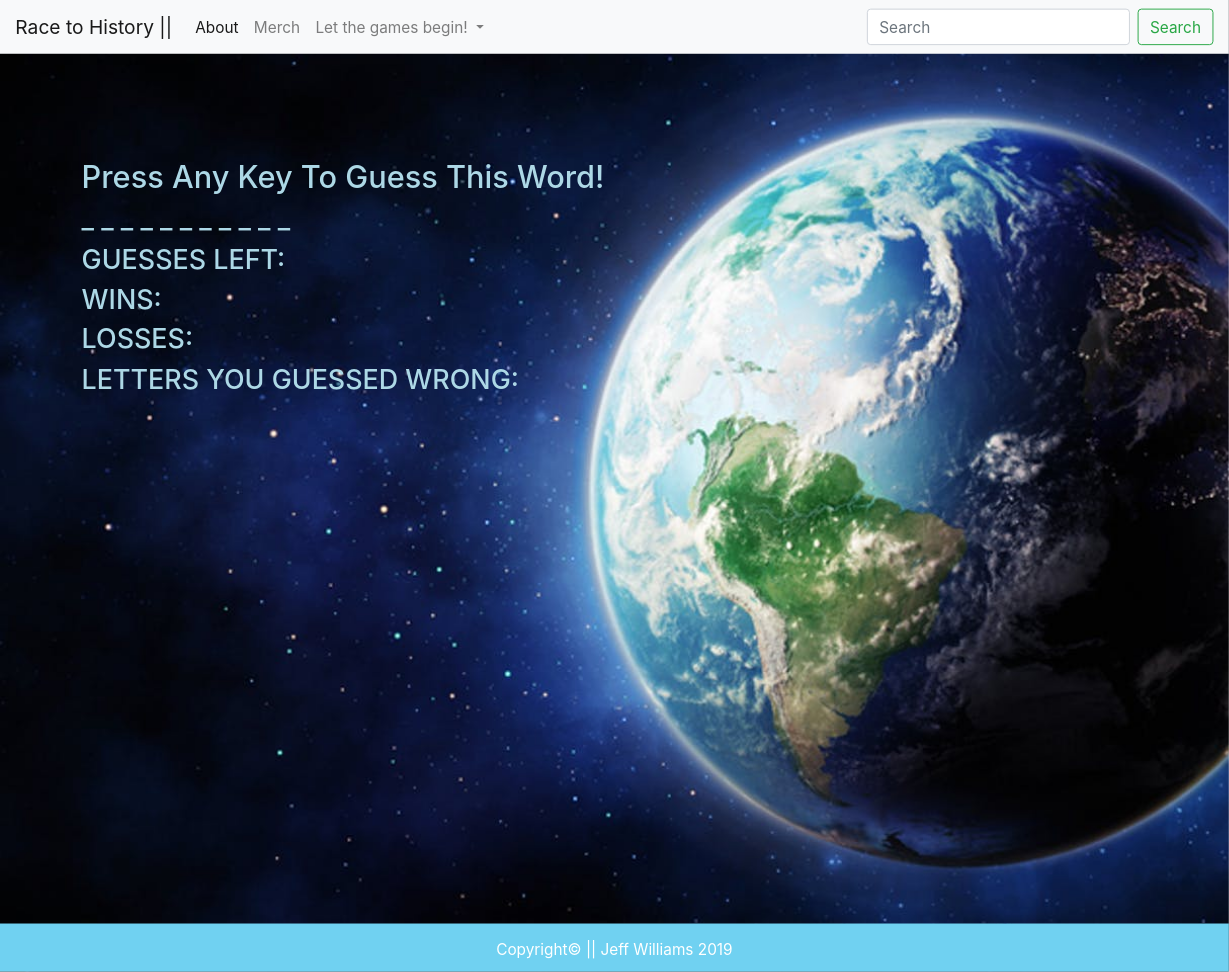
Repository: Jwill1258/word-guess-game
Page: assets/index.html
These files come from the project's save history. The page is drawn as it stood at one moment and after the next save; the edit follows.
The browser window is 1280 px wide. The pictures show the whole page, at 96% of full size.

Above is the page before, as saved 2019-11-08 00:07:03.

After the next save:
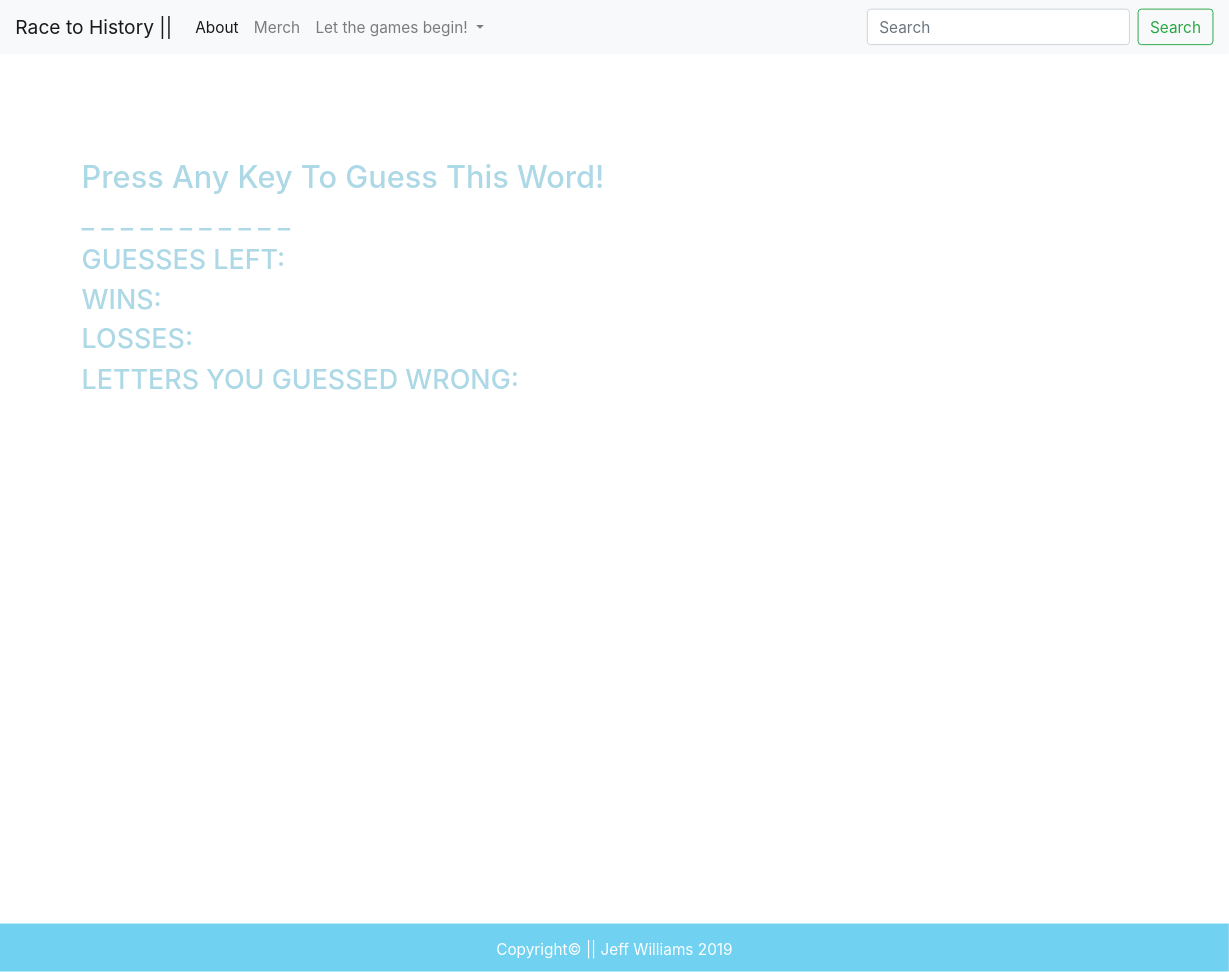
Saved 2 min 46 s later.
--- a/assets/css/style.css
+++ b/assets/css/style.css
@@ -49,11 +49,12 @@
 
 /* background will be a planet suspended in the galaxy*/
 body {
-    background-image: url( '../images/Earth.jpg' );
-    background-position: cover;
-    background-size: cover;
-    margin: 1%;
-    position: sticky;
+    background-image: url( '../images/Earth.jpg' ) no-repeat center center fixed;
+  -webkit-background-size: cover;
+  -moz-background-size: cover;
+  -o-background-size: cover;
+  background-size: cover;
+
 
 }
 

After the save that followed:
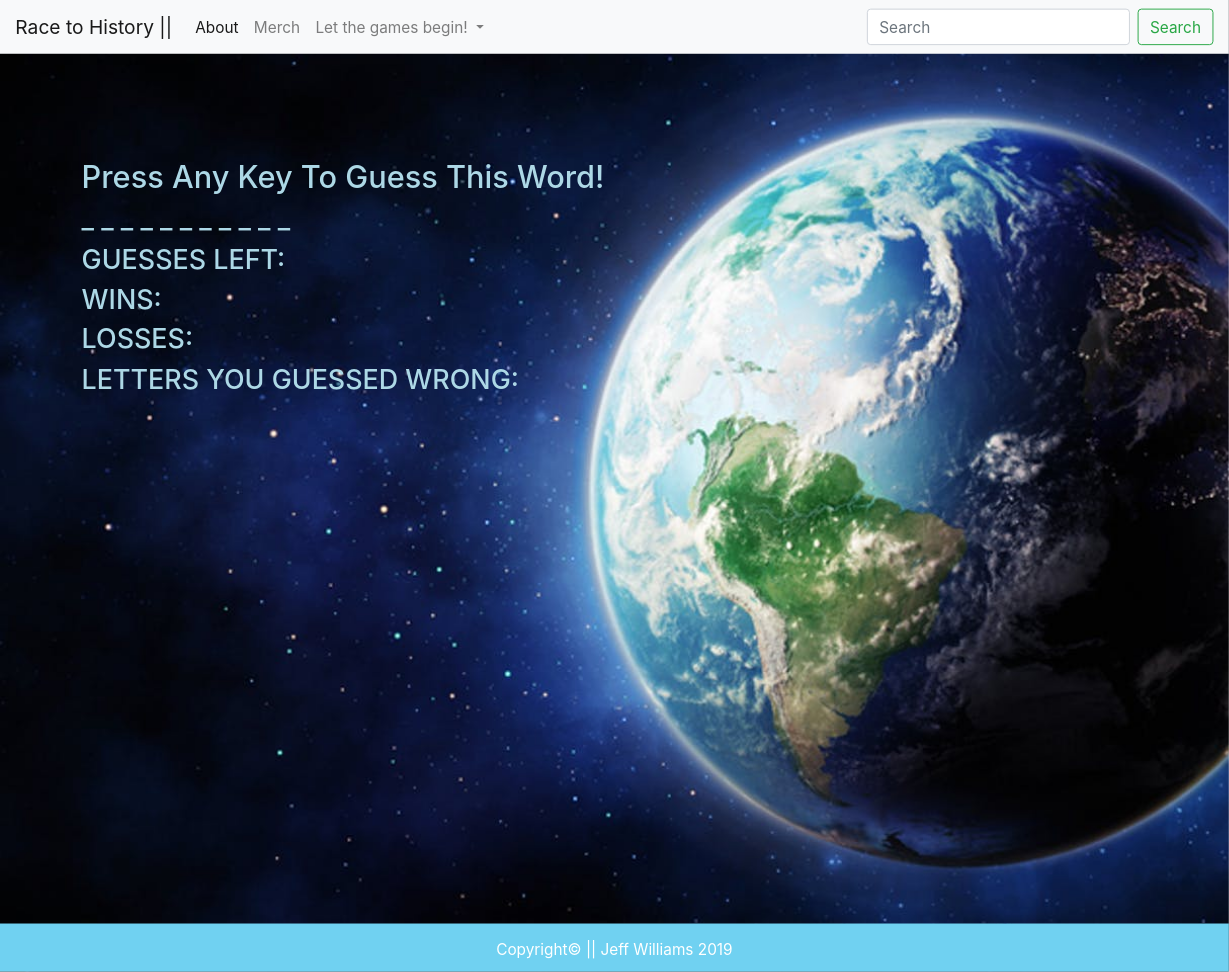
Saved 36 s later.
--- a/assets/css/style.css
+++ b/assets/css/style.css
@@ -49,11 +49,11 @@
 
 /* background will be a planet suspended in the galaxy*/
 body {
-    background-image: url( '../images/Earth.jpg' ) no-repeat center center fixed;
-  -webkit-background-size: cover;
-  -moz-background-size: cover;
-  -o-background-size: cover;
-  background-size: cover;
+    background-image: url( '../images/Earth.jpg' );
+    background-position: cover;
+    background-size: cover;
+    margin: 1%;
+    position: sticky;
 
 
 }
